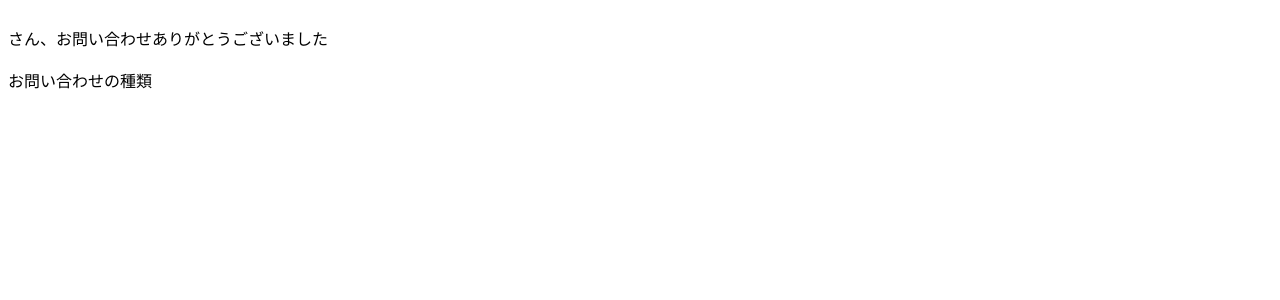
Repository: kf3225/backup
Page: http://localhost/webproj2/inquiryComplete.jsp
An editor plug-in stored every save of this project. The page is shown before and after the next save, followed by the edit.
The browser window is 1280 px wide. The pictures show the whole page.
The page is served by Tomcat 9. Other server files are loaded and not shown.

Above is the page before, as saved 2018-01-16 04:50:23.

### webproj2/WebContent/inquiryComplete.jsp
<%@ page language="java" contentType="text/html; charset=UTF-8"
pageEncoding="UTF-8"%>
<%@ taglib prefix="s" uri="/struts-tags"%>

<!DOCTYPE html>
<html lang="ja">
	<head>
		<meta charset="UTF-8">
		<title>お問い合わせ完了</title>
	</head>
	<body>
		<br>
		<s:property value="name"/>さん、お問い合わせありがとうございました
		<br>
		<br>お問い合わせの種類<br>
		<s:if test='qtype=="company"'>会社について</s:if>
	</body>
</html>

After the next save:
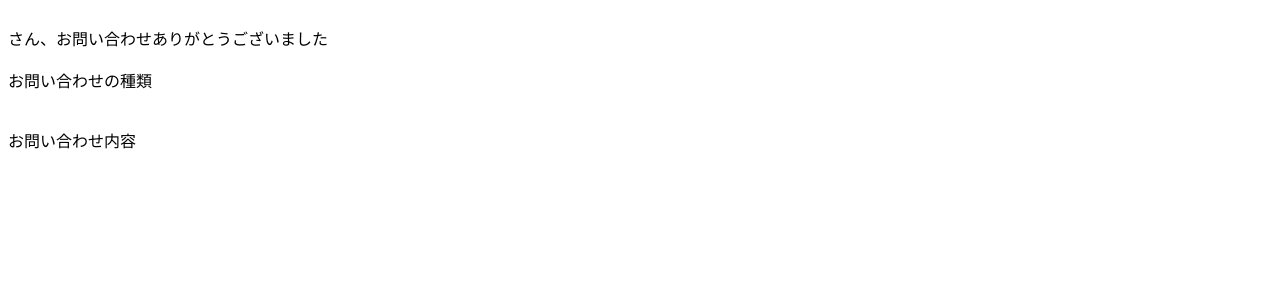
Saved 2 min 0 s later.
--- a/webproj2/WebContent/inquiryComplete.jsp
+++ b/webproj2/WebContent/inquiryComplete.jsp
@@ -14,5 +14,10 @@
 		<br>
 		<br>お問い合わせの種類<br>
 		<s:if test='qtype=="company"'>会社について</s:if>
+		<s:if test='qtype=="product"'>製品について</s:if>
+		<s:if test='qtype=="support"'>サポートについて</s:if>
+		<br>
+		<br>お問い合わせ内容<br>
+		<s:property value="body"/>
 	</body>
 </html>
